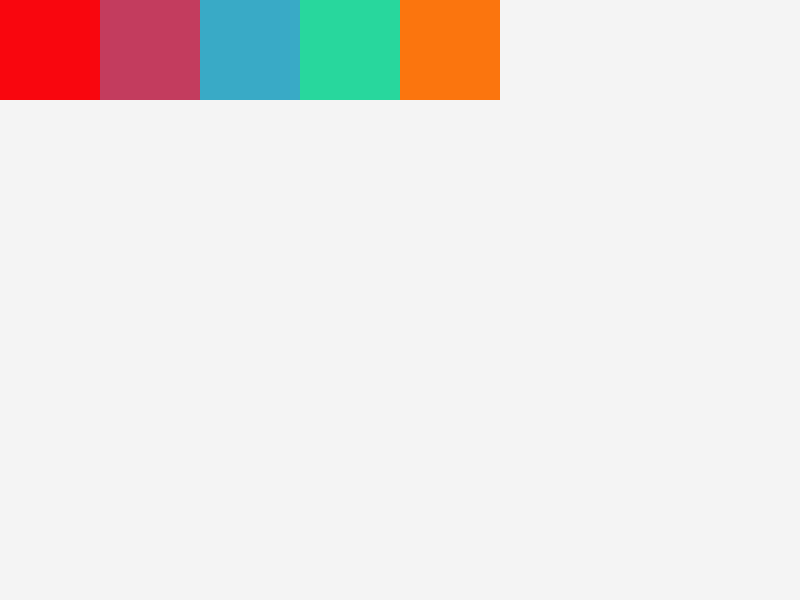
Repository: fredoluzjr/Java-Udemy
Program's window: java Workspace/exercicios-javafx/src/layout/AppLayout.java
An editor plug-in stored every save of this project. The program's window is shown before and after the next save, followed by the edit.
It runs on Java 21 on a 1366 x 768 screen with JavaFX 11; the title bar is not drawn.

Above is the program's window before, as saved 2021-07-08 23:19:47.

After the next save:
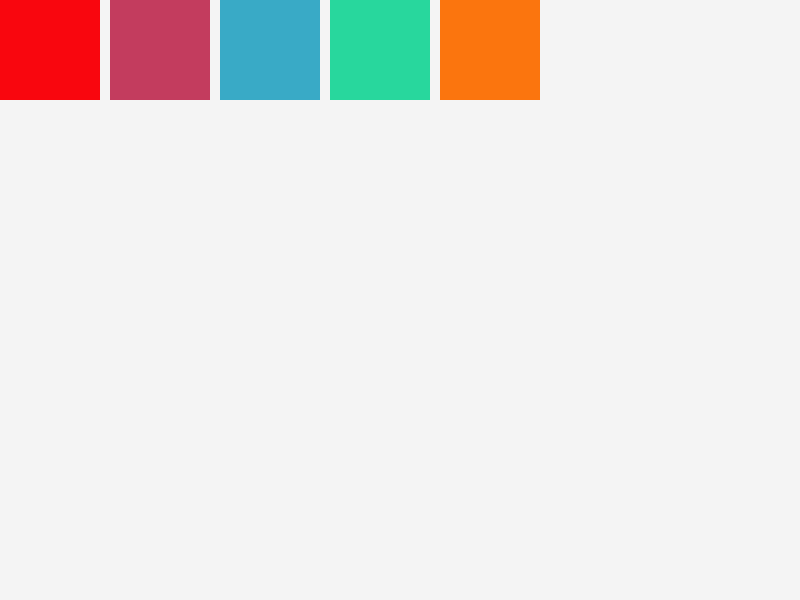
Saved 18 s later.
--- a/Workspace/exercicios-javafx/src/layout/TesteFlowPane.java
+++ b/Workspace/exercicios-javafx/src/layout/TesteFlowPane.java
@@ -11,6 +11,9 @@
 		Quadrado q4 = new Quadrado();
 		Quadrado q5 = new Quadrado();
 
+		setHgap(10);
+
+
 		getChildren().addAll(q1, q2, q3, q4, q5);
 	}
 }
